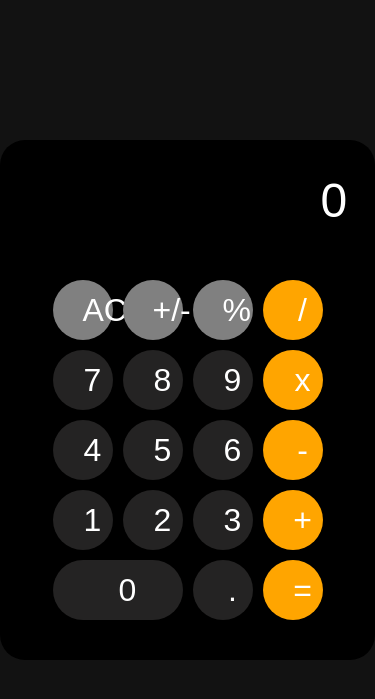
Repository: EguJaredoBoyd/IgHub
Page: mId-week-project/index.html
The author's editor kept a copy of each file at every save. The page is drawn from the files as they stood at one save, then again after the next save.
The browser window is 375 px wide. The pictures show the whole page.

Above is the page before, as saved 2025-03-01 22:04:11.

After the next save:
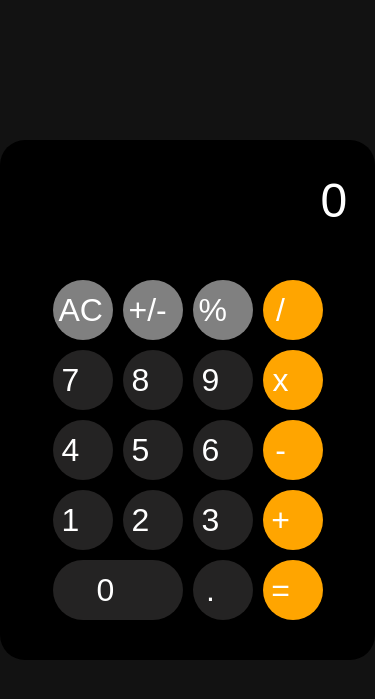
Saved 27 s later.
--- a/mId-week-project/styles.css
+++ b/mId-week-project/styles.css
@@ -114,7 +114,7 @@ button:active {
         width: 60px;
         height: 60px;
         font-size: 2rem;
-        padding-left: 30px;
+        padding-right: 30px;
     }
 
     #keys {
